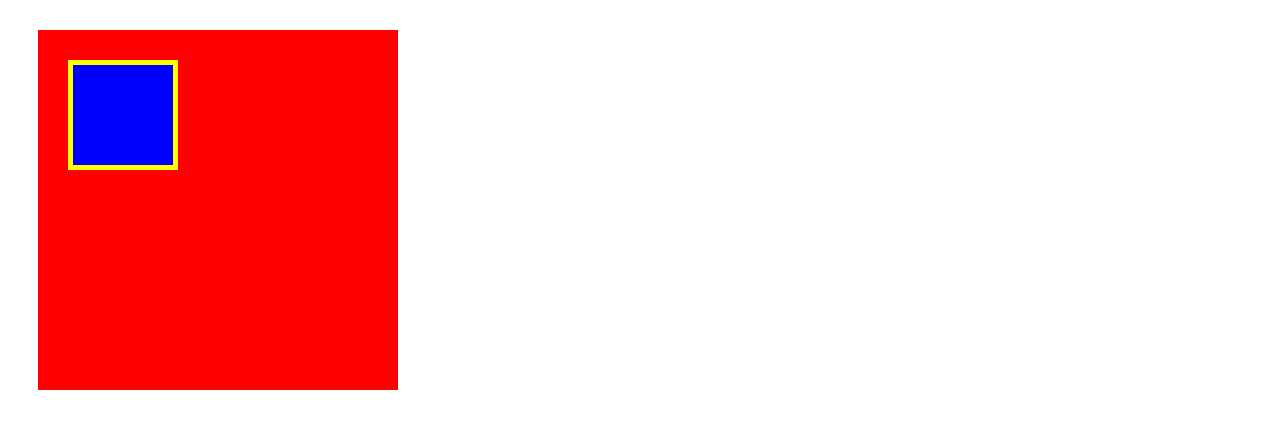
Repository: matsumurashin/flex
Page: box/box.html
The author's editor kept a record of every edit. The page is drawn from the files as they stood at one moment, then again after the next edit.
The browser window is 1280 px wide. The pictures show the whole page.

Above is the page before.

After the next edit:
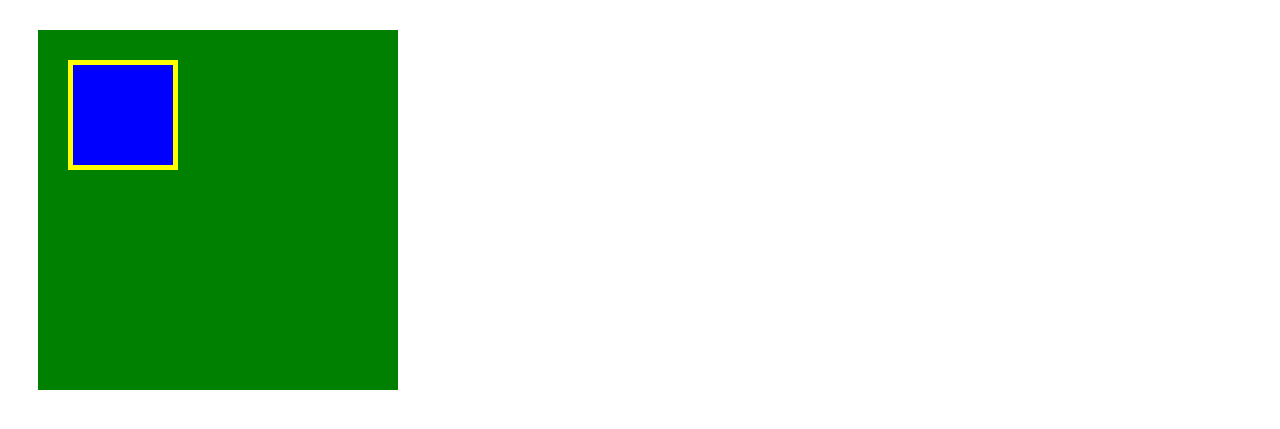
The edit:
--- a/box/box.css
+++ b/box/box.css
@@ -1,7 +1,7 @@
 .box1 {
   width:300px;
   height:300px;
-  background-color: red;
+  background-color: green;
   margin: 30px;
   padding: 30px;
 }
